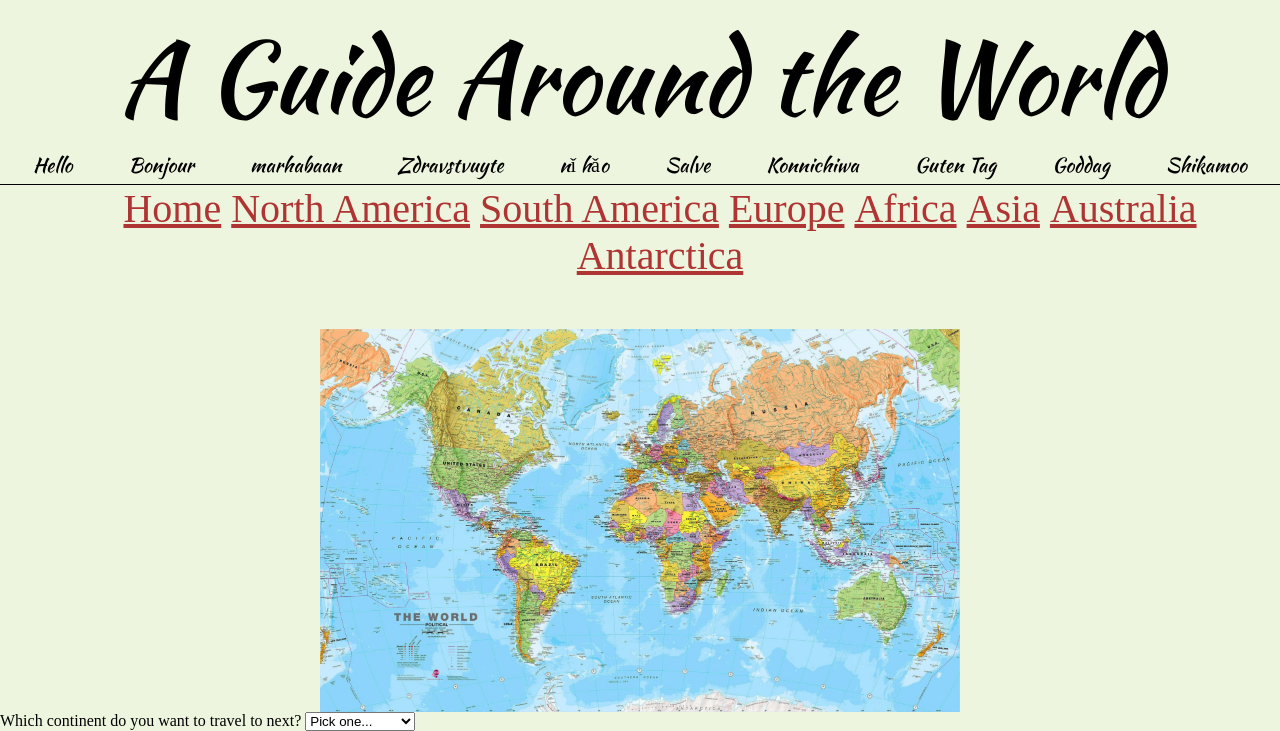
Repository: alharama/StaticWebsite
Page: index.html
These files come from the project's save history. The page is drawn as it stood at one moment and after the next save; the edit follows.
The browser window is 1280 px wide. The pictures show the whole page.

Above is the page before, as saved 2021-09-20 23:36:26.

### index.html
<!DOCTYPE html>
<html>
<head>

    <title> A Guide Around the World</title>

    <style>

        @import url('https://fonts.googleapis.com/css2?family=Kaushan+Script&display=swap');

        header {
            text-align: center;
            padding: 5px;
            font-family: 'Kaushan Script', cursive;
            font-size: 100px;
            border-bottom: 1px solid;

        }

        body{
            background: rgb(238, 245, 222);
            margin: 0px;
        }

        .top_nav {
            width: 100%;
            font-size: 40px;
            text-align: center;
            color: red;

        }

        .top_nav ul {
            margin: 0px;
            color: blue;
        }

        .top_nav li {
            display: inline-block;

        }

        .top_nav a {
            text-decoration:underline;
            color: rgb(175, 52, 52);

        }

        .top_nav a:hover {
            background-color: lightgray;
        }


        #languages{

            display: flex;
            font-size: 20px;
            justify-content:space-around;
        }

        #worldmap {
            display: block;
            margin-left: auto;
            margin-right: auto;
            margin-top: 50px;
            width: 50%;

        }

        #survery {
            margin-top: 100px;
        }


    </style>

</head>

    <header>
        A Guide Around the World


        <div id="languages">
            <span>Hello</span>
            <span>Bonjour</span>
            <span>marhabaan</span>
            <span>Zdravstvuyte</span>
            <span>nǐ hǎo</span>
            <span>Salve</span>
            <span>Konnichiwa</span>
            <span>Guten Tag</span>
            <span>Goddag</span>
            <span>Shikamoo</span>
        </div>
    </header>

    <body>

        <nav class="top_nav">
            <ul id="top_nav">
                <li><a href="/index.html">Home</a></li>
                <li><a href="/na_page.html">North America</a></li>
                <li><a href="/sa_page.html">South America</a></li>
                <li><a href="/eu_page.html">Europe</a></li>
                <li><a href="/af_page.html">Africa</a></li>
                <li><a href="/as_page.html">Asia</a></li>
                <li><a href="/au_page.html">Australia</a></li>
                <li><a href="/ant_page.html">Antarctica</a></li>
            </ul>
        </nav>

        <img id="worldmap" src="world_map.jpeg" alt="Map of World">






        <div id="survey">

            Which continent do you want to travel to next?
            <select>
                <option>Pick one...</option>
                <option>North America</option>
                <option>South America</option>
                <option>Asia</option>
                <option>Africa</option>
                <option>Europe</option>
                <option>Australia</option>
                <option>Antarctica</option>
            </select>

        </div>



    </body>

</html>

After the next save:
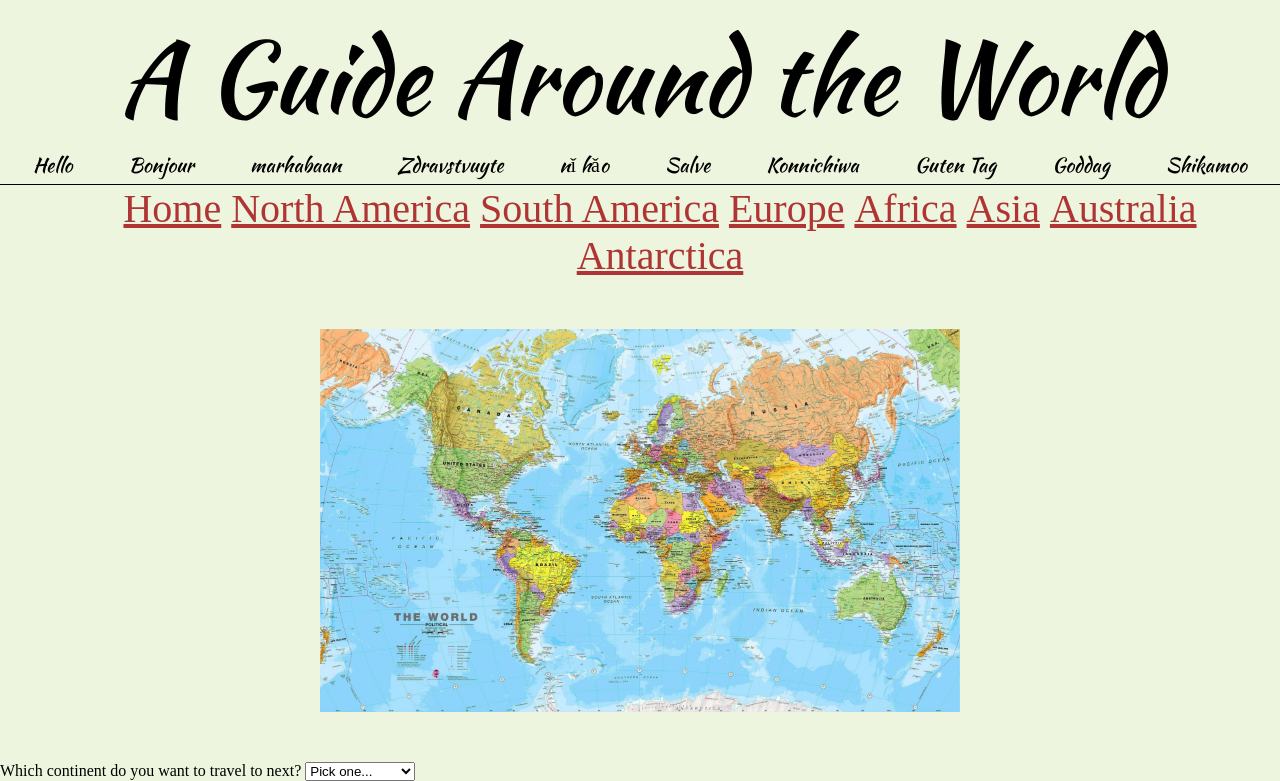
Saved 15 s later.
--- a/index.html
+++ b/index.html
@@ -67,8 +67,8 @@
 
         }
 
-        #survery {
-            margin-top: 100px;
+        #survey {
+            margin-top: 50px;
         }
 
 
